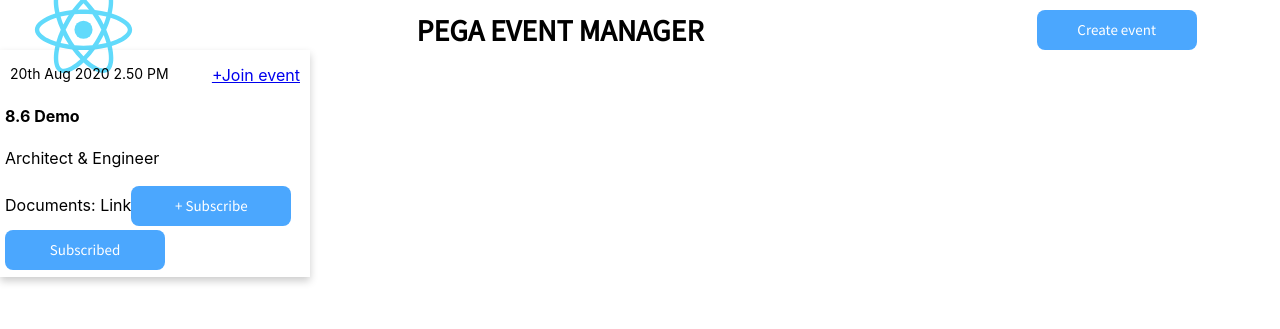
Repository: SasiVeeramachaneni/eventmanager
Page: /
An editor plug-in stored every save of this project. The page is shown before and after the next save, followed by the edit.
The browser window is 1280 px wide. The pictures show the whole page.
The project was rebuilt for these pictures with package versions that can differ from the ones it lists, and the page was loaded fresh each time.

Above is the page before, as saved 2020-08-19 14:33:01.

After the next save:
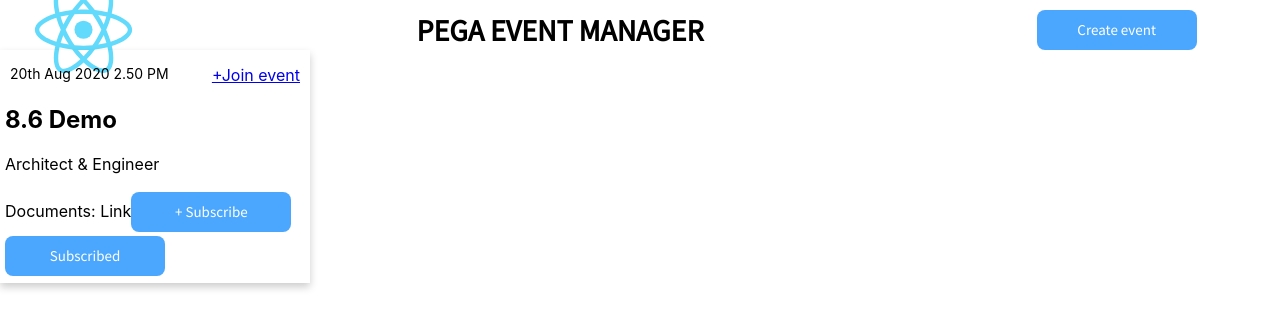
Saved 41 s later.
--- a/src/Card.js
+++ b/src/Card.js
@@ -8,7 +8,7 @@
           <div className="time">20th Aug 2020 2.50 PM</div>
           <a href="url">+Join event</a>
         </div>
-        <h4><b>8.6 Demo</b></h4>
+        <h2><b>8.6 Demo</b></h2>
         <p>Architect & Engineer</p>
         Documents: Link
         <button className="subscribe">+   Subscribe</button>
